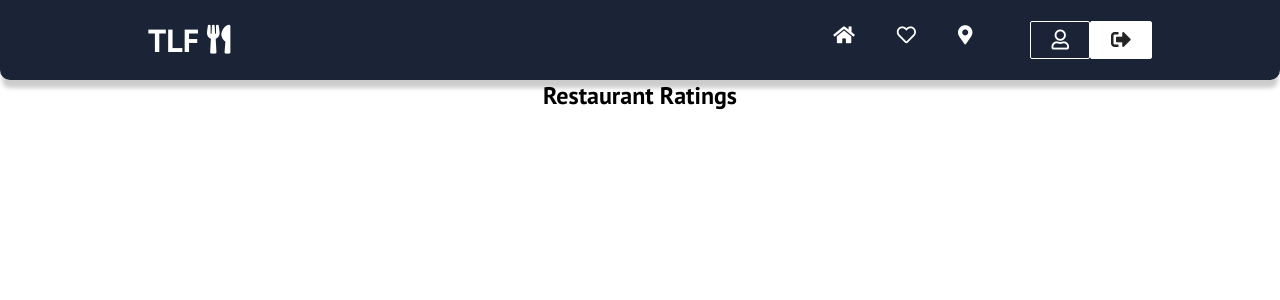
Repository: bethel-school-of-technology/the-local-fork-frontend
Page: /favorites
These files come from the project's save history. The page is drawn as it stood at one moment and after the next save; the edit follows.
The browser window is 1280 px wide. The pictures show the whole page.
The project was rebuilt for these pictures with package versions that can differ from the ones it lists, and the page was loaded fresh each time. Also part of the build but not shown: src/Components/pages/SignUp.js, src/Components/pages/Delete.js, src/Components/pages/PersonPut.js, src/Components/pages/Login.js, src/Components/pages/Home.js, src/Components/pages/ProfilePage.js, src/Components/pages/Newres.js.

Above is the page before, as saved 2021-11-02 18:54:44.

### src/App.js
import React from "react";
import Navbar from "./Components/Navbar";
import { BrowserRouter as Router, Switch, Route} from "react-router-dom";
import "./App.css";


import Signup from "./Components/pages/SignUp";
import Delete from "./Components/pages/Delete";
import Put from "./Components/pages/PersonPut";
import Login from "./Components/pages/Login";
import Home from "./Components/pages/Home";
import Profile from "./Components/pages/ProfilePage";
import Favorites from "./Components/pages/Favorites";
import Newres from "./Components/pages/Newres";

import Logout from "./Components/pages/Logout";


function App() {
  return (
    <>
      <Router>
        <Navbar />

        <Switch>
          <Route path="/Login" exact component={Login} />
          <Route path="/profile" exact component={Profile} />
          <Route path="/signup" exact component={Signup} />
          <Route path="/Put" exact component={Put} />
          <Route path="/Delete" exact component={Delete} />
          <Route path="/" exact component={Home} />
          <Route path="/favorites" exact component={Favorites} />
          <Route path="/Res" exact component={Newres} />
          <Route path="/logout" exact component={Logout} />


        </Switch>
      </Router>
    </>
  );
}

export default App;

### src/Components/Navbar.js
import React, { useState, useEffect } from "react";
import { Link } from "react-router-dom";
import "./Navbar.css";
import { Button } from "./Button";
import { Button2 } from "./Button2";

function Navbar() {
  const [click, setClick] = useState(false);
  const [button, setButton] = useState(true);

  const handleClick = () => setClick(!click);
  const closeMobileMenu = () => setClick(false);

  const showButton = () => {
    if (window.innerWidth <= 960) {
      setButton(false);
    } else {
      setButton(true);
    }
  };

  useEffect(() => {
    showButton();
  }, []);

  window.addEventListener("resize", showButton);

  return (
    <>
      <nav className="navbar">
        <div className="navbar-container">
          <Link to="/" className="navbar-logo" onClick={closeMobileMenu}>
            TLF <i className="fas fa-utensils" />
          </Link>
          <div className="menu-icon" onClick={handleClick}>
            <i className={click ? "fas fa-times" : "fas fa-bars"} />
          </div>
          <ul className={click ? "nav-menu active" : "nav-menu"}>
            <li className="nav-item">
              <Link to="/" className="nav-links" onClick={closeMobileMenu}>
                <i className="fas fa-home"></i>
              </Link>
            </li>
            <li className="nav-item">
              <Link
                to="/favorites"
                className="nav-links"
                onClick={closeMobileMenu}
              >
                <i className="far fa-heart"></i>
              </Link>
            </li>
            <li className="nav-item">
              <Link
                to="/map"
                className="nav-links"
                onClick={closeMobileMenu}
              >
                <i className="fas fa-map-marker-alt"></i>
              </Link>
            </li>
            <li className="">
              <Link
                to="/signup"
                className="nav-links-mobile"
                onClick={closeMobileMenu}
              >
                <i className="far fa-user"></i>
              </Link>
            </li>
            <li className="">
              <Link
                to="/"
                className="nav-links-mobile"
                onClick={closeMobileMenu}
              >
                <i className="fas fa-sign-out-alt"></i>
              </Link>
            </li>
          </ul>
          {button && <Button buttonStyle="btn--outline"></Button>}
          {button && <Button2 buttonStyle="btn--outline"></Button2>}
        </div>
      </nav>
    </>
  );
}

export default Navbar;

### src/Components/pages/Favorites.js
import React from "react";
import { FaStar } from "react-icons/fa";


const colors = {
    orange: "#FFBA5A",
    grey:  "#a9a9a9"
}


function App() {
    return (
        <div style={styles.container}>
            <h2>Restaurant Ratings</h2>
        </div>
    );
}

const styles = {
    container: {
        display: "flex",
        flexDirection: "column",
        alignItems: "center",
    }
}

export default App;

// export default class Favorites extends React.Component {
//   render() {
//     return (
//       <ul>
//         <li>
//           <h1>User Favorites Page</h1>
//         </li>
//       </ul>
//     );
//   }
//}

### src/Components/pages/Logout.js
import React from "react";
import { useHistory } from "react-router-dom";
import "../Button2.css";

const STYLES = ['btn--primary', 'btn--outline']
const SIZES = ['btn--medium', 'btn--large'];

const Logout = ({
    children,
    type,
    onClick,
    buttonStyle,
    buttonSize,
}) => {
    let history = useHistory();


    const checkButtontStyle = STYLES.includes(buttonStyle)
        ? buttonStyle
        : STYLES[0];

    const checkButtontSize = SIZES.includes(buttonSize)
        ? buttonSize
        : SIZES[0];

    const handleSubmit = () => {
        localStorage.removeItem("mytoken");
        history.push('/login');

    }

    return (
        <form onSubmit={handleSubmit}>

            <button
                className={`btn fas fa-sign-out-alt ${checkButtontStyle} ${checkButtontSize}`}
                onClick={onClick}
                type={type, "submit"}
            >
                {children}
            </button>
        </form>
    )

};

export default Logout;

### src/Components/Navbar.css
.navbar {
    background: #1a2436;
    border-bottom-right-radius: 10px;
    border-bottom-left-radius: 10px;
    box-shadow: 0 10px 4px -2px rgba(0,0,0,.2);
    height: 80px;
    display: flex;
    justify-content: center;
    align-items: center;
    font-size: 1.2rem;
    position: sticky;
    top: 0;
    z-index: 999;
  }

  .navbar-container {
    display: flex;
    justify-content: center;
    align-items: center;
    height: 80px;
    max-width: 1500px;
  }

  .navbar-logo {
    color: #fff;
    justify-self: start;
    margin-left: 20px;
    cursor: pointer;
    text-decoration: none;
    font-size: 2rem;
    display: flex;
    align-items: center;
  }

  .fa-utensils {
    margin-left: 0.5rem;
    font-size: 1.8rem;
  }

  .nav-menu {
    display: grid;
    grid-template-columns: repeat(4, auto);
    grid-gap: 10px;
    list-style: none;
    text-align: center;
    width: 60vw;
    justify-content: end;
    margin-right: 2rem;
  }

  .nav-item {
    height: 80px;
  }

  .nav-links {
    color: #fff;
    display: flex;
    align-items: center;
    text-decoration: none;
    padding: 0.5rem 1rem;
    height: 100%;
  }

  .nav-links:hover {
    border-bottom: 4px solid #fff;
    transition: all 0.2s ease-out;
  }

  .fa-bars {
    color: #fff;
  }

  .nav-links-mobile {
    display: none;
  }

  .menu-icon {
    display: none;
  }

  @media screen and (max-width: 960px) {
    .NavbarItems {
      position: relative;
    }

    .nav-menu {
      display: flex;
      flex-direction: column;
      width: 100%;
      height: 90vh;
      position: absolute;
      top: 80px;
      left: -100%;
      opacity: 1;
      transition: all 0.5s ease;
    }

    .nav-menu.active {
      background: #242222;
      left: 0;
      opacity: 1;
      transition: all 0.5s ease;
      z-index: 1;
    }

    .nav-links {
      text-align: center;
      padding: 2rem;
      width: 100%;
      display: table;
    }

    .nav-links:hover {
      background-color: #fff;
      color: #242424;
      border-radius: 0;
    }

    .navbar-logo {
      position: absolute;
      top: 0;
      left: 0;
      transform: translate(25%, 50%);
    }

    .menu-icon {
      display: block;
      position: absolute;
      top: 0;
      right: 0;
      transform: translate(-100%, 60%);
      font-size: 1.8rem;
      cursor: pointer;
    }

    .fa-times {
      color: #fff;
      font-size: 2rem;
    }

    .nav-links-mobile {
      display: block;
      text-align: center;
      margin: 2rem auto;
      border-radius: 4px;
      width: 80%;
      text-decoration: none;
      font-size: 1.5rem;
      background-color: transparent;
      color: #fff;
      padding: 14px 20px;
      border: 1px solid #fff;
      transition: all 0.3s ease-out;
    }

    .nav-links-mobile:hover {
      background: #fff;
      color: #242424;
      transition: 250ms;
    }
  }

### src/Components/Button.js
import React from "react";
import "./Button.css";
import { Link } from "react-router-dom";

const STYLES = ['btn--primary', 'btn--outline']

const SIZES = ['btn--medium', 'btn--large'];

export const Button = ({
    children,
    type,
    onClick,
    buttonStyle,
    buttonSize,
 }) => {
    const checkButtontStyle = STYLES.includes(buttonStyle)
    ? buttonStyle
    : STYLES[0];

    const checkButtontSize = SIZES.includes(buttonSize)
    ? buttonSize
    : SIZES[0];

    return (
        <Link to='/signup' className='btn-mobile'>
            <button
            className={`btn far fa-user ${checkButtontStyle} ${checkButtontSize}`}
            onClick={onClick}
            type={type}
            >
                {children}
            </button>
            </Link>
    );
 };

### src/Components/Button2.js
import React from "react";
import "./Button2.css";
import { Link } from "react-router-dom";
import Logout from "./pages/Logout";

const STYLES = ['btn--primary', 'btn--outline']
const SIZES = ['btn--medium', 'btn--large'];

export const Button2 = ({
    children,
    type,
    onClick,
    buttonStyle,
    buttonSize,
}) => {
    const checkButtontStyle = STYLES.includes(buttonStyle)
        ? buttonStyle
        : STYLES[0];

    const checkButtontSize = SIZES.includes(buttonSize)
        ? buttonSize
        : SIZES[0];

    return (
        <div>
            {/* <Link to='/' className='btn-mobile'> */}
            {/* <button    //This isn't right...
                    className={`btn fas fa-sign-out-alt ${checkButtontStyle} ${checkButtontSize}`}
                    onClick={onClick}
                    type={type}
                >
                    {children}
                </button> */}
            <Logout />
            {/* </Link> */}
        </div>
    );
};

### src/Components/Button2.css
:root {
    --primary: #fff;
    }

    .btn {
        padding: 8px 20px;
        border-radius: 2px;
        outline: none;
        border: none;
        cursor: pointer;
    }

    .btn--primary {
        background-color: var(--primary);
        color: #242424;
        border: 1px solid var(--primary);
    }

    .btn--outline {
        background-color: transparent;
        color: #fff;
        padding: 8px 20px;
        border: 1px solid var(--primary);
        transition: all 0.3s ease-out;
    }

    .btn--medium {
        padding: 8px 20px;
        font-size: 20px;
    }

    .btn--large {
        padding: 8px 20px;
        font-size: 20px;
    }

    .btn--medium:hover,
    .btn--large:hover {
        background: #fff;
        color: #242424;
        transition: all 0.3s ease-out;
    }

### src/Components/Button.css
:root {
    --primary: #fff;
    }

    .btn {
        padding: 8px 20px;
        border-radius: 2px;
        outline: none;
        border: none;
        cursor: pointer;
    }

    .btn--primary {
        background-color: var(--primary);
        color: #242424;
        border: 1px solid var(--primary);
    }

    .btn--outline {
        background-color: transparent;
        color: #fff;
        padding: 8px 20px;
        border: 1px solid var(--primary);
        transition: all 0.3s ease-out;
    }

    .btn--medium {
        padding: 8px 20px;
        font-size: 20px;
    }

    .btn--large {
        padding: 8px 20px;
        font-size: 20px;
    }

    .btn--medium:hover,
    .btn--large:hover {
        background: #fff;
        color: #242424;
        transition: all 0.3s ease-out;
    }

Loaded but not shown: public/index.html (common file); src/index.js (common file); src/App.css (common file)

After the next save:
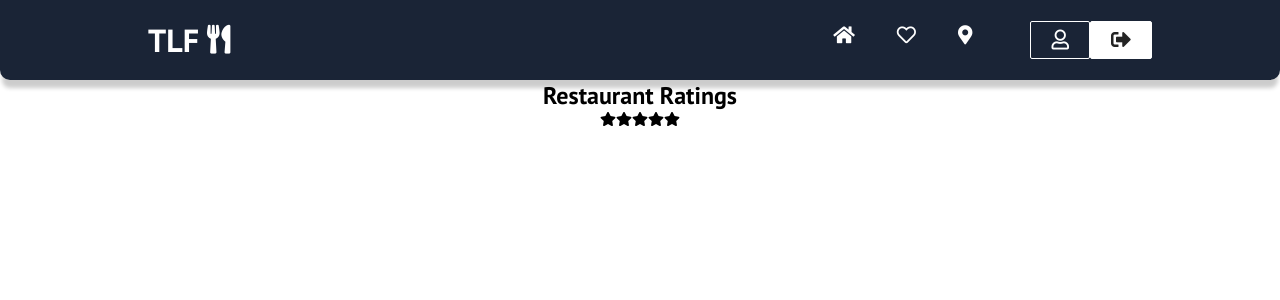
Saved 4 min 10 s later.
--- a/src/Components/pages/Favorites.js
+++ b/src/Components/pages/Favorites.js
@@ -1,28 +1,34 @@
 import React from "react";
 import { FaStar } from "react-icons/fa";
 
-
 const colors = {
-    orange: "#FFBA5A",
-    grey:  "#a9a9a9"
-}
-
+  orange: "#FFBA5A",
+  grey: "#a9a9a9",
+};
 
 function App() {
-    return (
-        <div style={styles.container}>
-            <h2>Restaurant Ratings</h2>
-        </div>
-    );
+
+const stars = Array(5).fill(0);
+
+  return (
+    <div style={styles.container}>
+      <h2>Restaurant Ratings</h2>
+      <div style={styles.stars}>
+        {stars.map((_, index) => {
+          return <FaStar key={index} />;
+        })}
+      </div>
+    </div>
+  );
 }
 
 const styles = {
-    container: {
-        display: "flex",
-        flexDirection: "column",
-        alignItems: "center",
-    }
-}
+  container: {
+    display: "flex",
+    flexDirection: "column",
+    alignItems: "center",
+  },
+};
 
 export default App;
 
